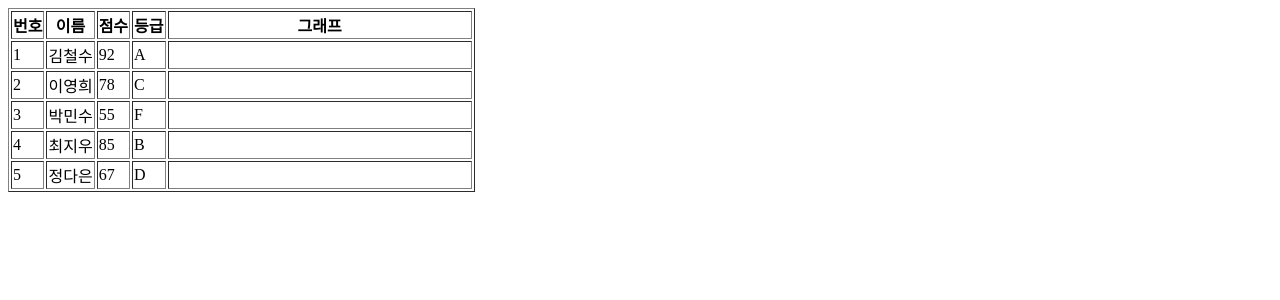
Repository: kkj68106810-dot/jsp2026
Page: http://localhost/chapter01/example_score.jsp
The author's editor kept a copy of each file at every save. The page is drawn from the files as they stood at one save, then again after a run of saves.
The browser window is 1280 px wide. The pictures show the whole page.
The page is served by Tomcat 9.

Above is the page before, as saved 2026-10-16 05:08:21.

After the next 2 saves:
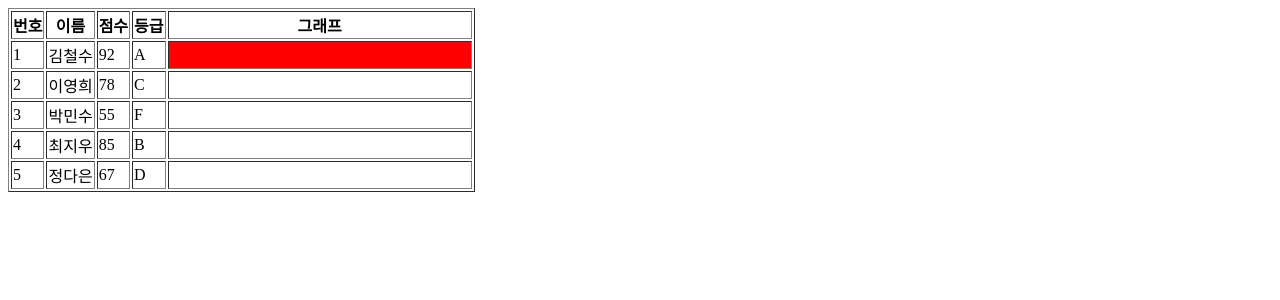
The 2 saves are shown as one change because they came seconds apart.
The last was saved 2 min 14 s later.
--- a/chapter01/src/main/webapp/example_score.jsp
+++ b/chapter01/src/main/webapp/example_score.jsp
@@ -54,9 +54,9 @@
 			<td><%=names[j]%></td>
 			<td><%=scores[j]%></td>
 			<td><%=getGrade(scores[j]) %></td>
-			<td style="width:300px">
+			<td style="width:300px" class="score <%=getGrade(scores[j])%>">
 
-				<div class="score <%=getGrade(scores[j])%>"></div>
+
 
 			</td>
 
